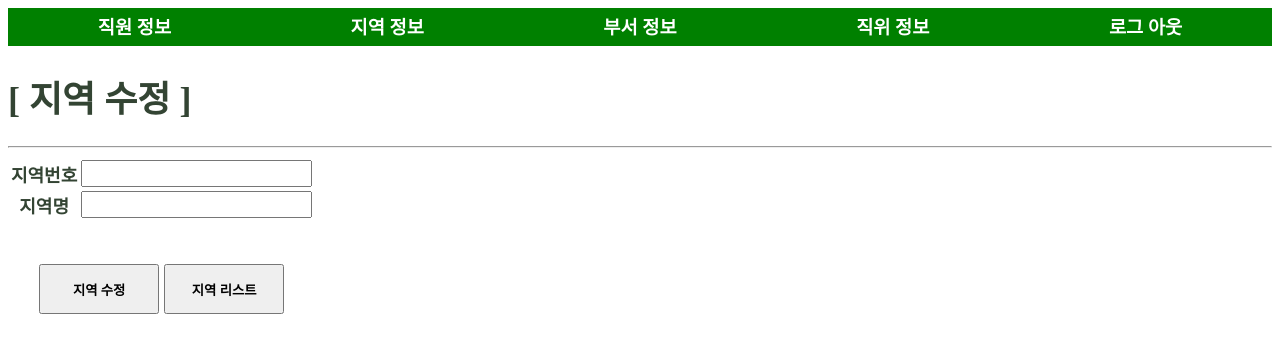
Repository: Umkimisstrong/UM_SpringMVCStudy
Page: http://localhost/mvc04/WEB-INF/view/DepartmentUpdateForm.jsp
An editor plug-in stored every save of this project. The page is shown before and after the next save, followed by the edit.
The browser window is 1280 px wide. The pictures show the whole page.
The page is served by Tomcat 9. Nobody is signed in. The template is opened directly, without the code that normally fills it, so the values that code supplies are empty.

Above is the page before, as saved 2022-06-03 01:37:10.

### mvc04/WebContent/WEB-INF/view/DepartmentUpdateForm.jsp
<%@ page contentType="text/html; charset=UTF-8"%>
<%@ taglib prefix="c" uri="http://java.sun.com/jsp/jstl/core"%>
<%
	request.setCharacterEncoding("UTF-8");
	String cp = request.getContextPath();
%>
<!DOCTYPE html>
<html>
<head>
<meta charset="UTF-8">
<title>DepartmentUpdateForm.jsp</title>
<link rel="stylesheet" type="text/css" href="<%=cp %>/css/main.css">
<link rel="stylesheet" type="text/css" href="<%=cp %>/css/jquery-ui.css">
<script type="text/javascript" src="http://code.jquery.com/jquery.min.js"></script>
<script type="text/javascript" src="<%=cp %>/js/jquery-ui.js"></script>
<script type="text/javascript">
	$(document).ready(function()
	{

		// 직원 추가 버튼이 클릭되었을 때 수행해야할 코드 처리
		$("#submitBtn").click(function()
		{
			// 확인
			alert("부서 수정");

			// 데이터 검사 누락된 입력값이 있는지 없는지에 대한 여부 확인
			if ($("#departmentName").val()=="")
			{
				//alert("액션");
				$("#err").html("필수 입력 항목이 누락되었습니다.");
				$("#err").css("display", "inline");
				return;		// -- submit 액션 처리 중단
			}
			// 폼 submit 액션 처리 수행
			$("#departmentForm").submit();
		});
	});



</script>
</head>
<body>

<!-- --------------------------
	 DepartmentUpdateForm.jsp
	- 부서 데이터 입력 페이지
-------------------------- -->

<div>
	<!-- 메뉴 영역 -->
	<div>
		<c:import url="EmployeeMenu.jsp"></c:import>
	</div>

	<!-- 콘텐츠 영역 -->
	<div id="content">
		<h1>[ 지역 수정 ]</h1>
		<hr />

		<form action="regionupdate.action" method="post" id="regionForm">
			<table>
				<tr>
					<th>지역번호</th>
					<td>
						<input type="text" id="regionId" name="regionId" value="${regionId }" readonly="readonly"/>
					</td>
				</tr>
				<tr>
					<th>지역명</th>
					<td>
						<input type="text" id="regionName" name="regionName" value="${regionName }"/>
					</td>
				</tr>

				<tr>
					<td colspan="2" align="center">
						<br /><br />
						<button type="button" class="btn" id="submitBtn"
						style="width: 40%; height: 50px;">지역 수정</button>
						<button type="button" class="btn" id="listBtn"
						style="width: 40%; height: 50px;"
						onclick="location.href='regionlist.action'">지역 리스트</button>
						<br /><br />

						<span id="err" style="color: red; font-weight: bold; display: none;"></span>
					</td>
				</tr>

			</table>
		</form>
	</div>


	<!-- 회사 소개 및 어플리케이션 소개 영역 -->
	<div id="footer">
	</div>


</div>


</body>
</html>

### mvc04/WebContent/WEB-INF/view/EmployeeMenu.jsp
<%@ page contentType="text/html; charset=UTF-8"%>
<%@ taglib prefix="c" uri="http://java.sun.com/jsp/jstl/core"%>
<%
	request.setCharacterEncoding("UTF-8");
	String cp = request.getContextPath();
%>
<!DOCTYPE html>
<html>
<head>
<meta charset="UTF-8">
<title>EmployeeMenu.jsp</title>
<link rel="stylesheet" type="text/css" href="<%=cp %>/css/menuStyle.css">
</head>
<body>

<!--------------------------------
      #13 EmployeeMenu.jsp
      - 메인 메뉴 페이지 구성
      - 로그아웃 기능 포함
 --------------------------------->
<%-- <span>${sessionScope.admin==null ? "normal" : "admin" }</span> --%>


<div id="menu">
	<ul>
		<c:choose>
			<c:when test="${sessionScope.admin==null }">
			<li>
				<a href="emplist.action" class="menu">직원 정보</a>
			</li>

			<li>
				<a href="reglist.action" class="menu">지역 정보</a>
			</li>

			<li>
				<a href="deptlist.action" class="menu">부서 정보</a>
			</li>

			<li>
				<a href="poslist.action" class="menu">직위 정보</a>
			</li>

			</c:when>
			<c:otherwise>
			<li>
				<a href="employeelist.action" class="menu">직원 관리</a>
			</li>

			<li>
				<a href="regionlist.action" class="menu">지역 관리</a>
			</li>

			<li>
				<a href="departmentlist.action" class="menu">부서 관리</a>
			</li>

			<li>
				<a href="positionlist.action" class="menu">직위 관리</a>
			</li>
			</c:otherwise>

		</c:choose>



		<li>
			<a href="logout.action" class="menu">로그 아웃</a>
		</li>
	</ul>
</div>






























</body>
</html>

### mvc04/WebContent/css/main.css
@charset "UTF-8";

/* ========================
	#16 main.css
	- 기본 스타일 지정
======================== */

body, p, div, span, input, table, th, td, select, textarea
{
	font-size: 18px;
	font-family: 맑은 고딕;
	color: #343;

}
a
{
	text-decoration: none;
	color: gray;
}

a:hover
{
	text-decoration: underline;
	color: red;

}
.table
{
	border-collapse: collapse;
	width: 100%;
}
.table th, .table td
{
	border: 1px solid gray;
	border-left: 0px;
	border-right: 0px;

	padding: 3px;
	line-height: 150%;
	text-align: center;
}


.table th
{
	font-weight: bold;
	background-color: #eee;
}

.table td
{
	font-size: 12pt;
}

.btn
{
	cursor: pointer;
	font-family: 맑은 고딕;
	font-weight: bold;
}

.btn:hover
{
	color: #ffffff;
	background-color: #008000;
}

### mvc04/WebContent/css/menuStyle.css
@charset "UTF-8";

/* ========================
    #14. menuStyle.css
    - 메뉴스타일 구성
======================== */

ul
{
	list-style-type: none;
	margin: 0;
	padding: 0;
	overflow: hidden;
}

li
{
	width: 20%;
	float: left;
}

a.menu:link, a.menu:visited
{
	display: block;
	font-weight: bold;
	color: #ffffff;
	background-color: #008000;
	text-align: center;
	padding: 4px;
	text-decoration: none;
	text-transform: uppercase;
	height: 30px;
	font-size: 14pt;
}

a.menu:hover, a.menu:active
{
	background-color: #ffffff;
	color: #008000;
	border: 2px solid #008000;
	border-radius: 5px;
	height: 26px;
}

Loaded but not shown: mvc04/WebContent/css/jquery-ui.css (library); mvc04/WebContent/js/jquery-ui.js (library)

After the next save:
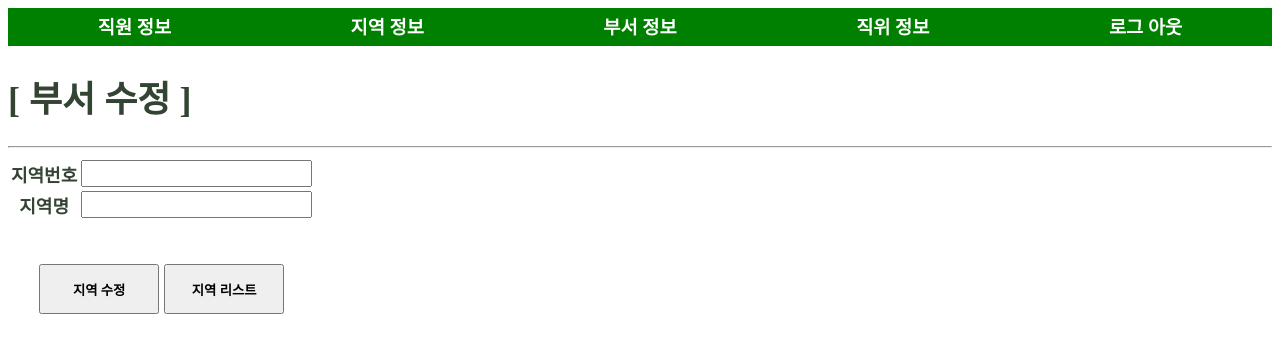
Saved 12 s later.
--- a/mvc04/WebContent/WEB-INF/view/DepartmentUpdateForm.jsp
+++ b/mvc04/WebContent/WEB-INF/view/DepartmentUpdateForm.jsp
@@ -55,10 +55,10 @@
 
 	<!-- 콘텐츠 영역 -->
 	<div id="content">
-		<h1>[ 지역 수정 ]</h1>
+		<h1>[ 부서 수정 ]</h1>
 		<hr />
 
-		<form action="regionupdate.action" method="post" id="regionForm">
+		<form action="departmentupdate.action" method="post" id="regionForm">
 			<table>
 				<tr>
 					<th>지역번호</th>
